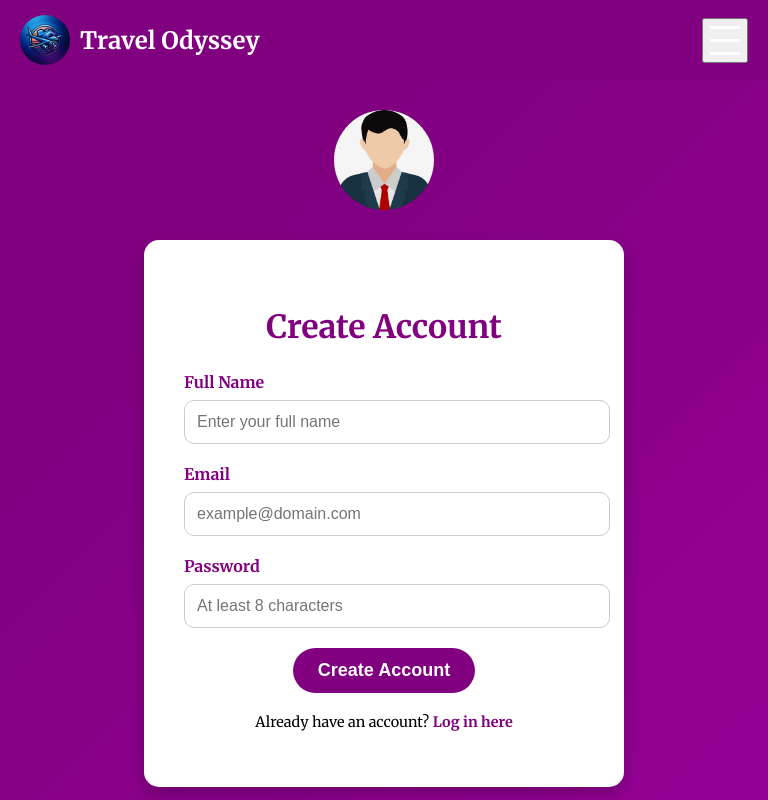
Repository: GHzPhoenix/Project-Odyssey
Page: Frontend/signup.html
An editor plug-in stored every save of this project. The page is shown before and after the next save, followed by the edit.
The browser window is 768 px wide. The pictures show the whole page.

Above is the page before, as saved 2025-06-06 17:20:14.

### Frontend/signup.html
<!DOCTYPE html>
<html lang="en">
  <head>
    <meta charset="UTF-8" />
    <meta name="viewport" content="width=device-width, initial-scale=1.0" />
    <title>Sign Up - Travel Odyssey</title>
    <link rel="stylesheet" href="/Frontend/css/login.css" />

    <link rel="preconnect" href="https://fonts.googleapis.com" />
    <link rel="preconnect" href="https://fonts.gstatic.com" crossorigin />
    <link
      href="https://fonts.googleapis.com/css2?family=Merriweather:wght@300;400;700&display=swap"
      rel="stylesheet"
    />
    <style>
      .alert-message {
        margin-top: 1rem;
        font-size: 0.9rem;
        transition: opacity 0.3s ease;
      }
      .alert-message.error {
        color: #b00020;
      }
      .alert-message.success {
        color: #0b6623;
      }
    </style>
  </head>

  <body>
    <header>
      <nav>
        <div class="logo">
          <img src="./assets/your-logo.png" alt="Logo" />
          Travel Odyssey
        </div>

        <button class="menu-toggle" onclick="toggleMenu()">
          <div></div>
          <div></div>
          <div></div>
        </button>

        <ul class="nav-menu">
          <li><a href="index.html">Home</a></li>
          <li><a href="city.html">Blog</a></li>
          <li class="dropdown-parent">
            <a href="#">Services ▼</a>
            <div class="dropdown">
              <a href="membership.html">Memberships</a>
              <a href="dream.html">Plan your Trip</a>
              <a href="client-area.html">Client Area</a>
            </div>
          </li>
          <li><a href="contact.html">Contact</a></li>
        </ul>
      </nav>
    </header>
    <img class="avatar" src="./assets/avatar.jpg" alt="avatar" />
    <main class="login-container">
      <div>
        <form class="login-form" id="signup-form">
          <h2 class="auth-title">Create Account</h2>

          <div class="input-group">
            <label for="name">Full Name</label>
            <input
              type="text"
              id="name"
              name="name"
              required
              minlength="2"
              placeholder="Enter your full name"
            />
          </div>

          <div class="input-group">
            <label for="email">Email</label>
            <input
              type="email"
              id="email"
              name="email"
              required
              autocomplete="email"
              placeholder="example@domain.com"
            />
          </div>

          <div class="input-group">
            <label for="password">Password</label>
            <input
              type="password"
              id="password"
              name="password"
              required
              minlength="8"
              autocomplete="new-password"
              placeholder="At least 8 characters"
            />
          </div>

          <button type="submit" class="btn-primary signup-button">
            Create Account
          </button>

          <p class="signup-text">
            Already have an account?
            <a href="client-area.html">Log in here</a>
          </p>

          <div id="signup-message" class="alert-message"></div>
        </form>
      </div>
    </main>

    <script>
      function toggleMenu() {
        document.querySelector("nav ul").classList.toggle("active");
      }

      document
        .getElementById("signup-form")
        .addEventListener("submit", async (e) => {
          e.preventDefault();

          const nameInput = document.getElementById("name");
          const emailInput = document.getElementById("email");
          const passwordInput = document.getElementById("password");
          const messageElement = document.getElementById("signup-message");

          messageElement.textContent = "";
          messageElement.classList.remove("error", "success");

          const name = nameInput.value.trim();
          const email = emailInput.value.trim();
          const password = passwordInput.value.trim();

          if (!name || !email || !password) {
            showMessage("All fields are required", "error");
            return;
          }

          if (password.length < 8) {
            showMessage("Password must be at least 8 characters", "error");
            return;
          }

          try {
            const controller = new AbortController();
            const timeoutId = setTimeout(() => controller.abort(), 10000);

            const response = await fetch("http://127.0.0.1:5001/api/register", {
              method: "POST",
              headers: {
                "Content-Type": "application/json",
              },
              body: JSON.stringify({ name, email, password }),
              signal: controller.signal,
            });

            clearTimeout(timeoutId);

            const data = await response.json();

            if (!response.ok) {
              throw new Error(
                data.error || `Registration failed (${response.status})`
              );
            }

            showMessage("Registration successful! Redirecting...", "success");
            setTimeout(() => {
              window.location.href = "client-area.html";
            }, 1500);
          } catch (error) {
            console.error("Registration error:", error);
            let message;
            if (error.name === "AbortError") {
              message = "Request timed out. Please try again.";
            } else {
              message =
                error.message || "Registration failed. Please try again.";
            }
            showMessage(message, "error");
          }
        });

      function showMessage(text, type = "info") {
        const messageElement = document.getElementById("signup-message");
        messageElement.textContent = text;
        messageElement.className = `alert-message ${type}`;

        if (type === "error") {
          setTimeout(() => {
            messageElement.textContent = "";
            messageElement.classList.remove("error");
          }, 5000);
        }
      }
    </script>
  </body>
</html>

### Frontend/css/login.css
body {
  margin: 0;
  padding: 0;
  font-family: "Merriweather", serif;
  background: linear-gradient(135deg, purple 30%, rgb(148, 0, 148) 100%);
  min-height: 100vh;
  display: flex;
  flex-direction: column;
  align-items: center;
}

header {
  width: 100%;
  background-color: purple;
  color: white;
}

nav {
  display: flex;
  justify-content: space-between;
  align-items: center;
  padding: 15px 20px;
}

.logo {
  display: flex;
  align-items: center;
  font-size: 24px;
  font-weight: bold;
}

.logo img {
  width: 50px;
  height: 50px;
  border-radius: 50%;
  margin-right: 10px;
}

nav ul {
  list-style: none;
  display: flex;
  gap: 15px;
  margin: 0;
  padding: 0;
}

nav ul li {
  position: relative;
}

nav ul li a {
  text-decoration: none;
  color: white;
  font-size: 16px;
  padding: 8px 15px;
  border-radius: 5px;
  transition: background 0.3s ease;
}

nav ul li a:hover {
  background-color: #cd75ce;
  color: yellow;
}

nav ul li .dropdown {
  display: none;
  position: absolute;
  background-color: white;
  top: 100%;
  left: 0;
  border-radius: 8px;
  box-shadow: 0 4px 8px rgba(0, 0, 0, 0.2);
  overflow: hidden;
  transition: 0.3s;
}

nav ul li:hover .dropdown {
  display: block;
}

nav ul li .dropdown a {
  color: #333;
  padding: 10px;
  display: block;
}

nav ul li .dropdown a:hover {
  background-color: #f4f4f4;
}

.menu-toggle {
  display: none;
  flex-direction: column;
  cursor: pointer;
}

.menu-toggle div {
  width: 30px;
  height: 3px;
  background-color: white;
  margin: 5px 0;
}

@media (max-width: 768px) {
  nav ul {
    display: none;
    flex-direction: column;
    background: purple;
    position: absolute;
    top: 70px;
    left: 0;
    width: 100%;
  }

  nav ul.active {
    display: flex;
  }

  .menu-toggle {
    display: flex;
  }
}

.avatar {
  width: 100px;
  height: 100px;
  border-radius: 50%;
  margin-top: 30px;
  object-fit: cover;
}

.login-container {
  background: white;
  padding: 40px;
  margin-top: 30px;
  border-radius: 15px;
  width: 100%;
  max-width: 400px;
  box-shadow: 0 8px 16px rgba(0, 0, 0, 0.2);
  text-align: center;
}

.login-form h2 {
  margin-bottom: 25px;
  font-size: 2rem;
  color: purple;
}

.input-group {
  text-align: left;
  margin-bottom: 20px;
}

.input-group label {
  display: block;
  margin-bottom: 8px;
  font-weight: bold;
  color: purple;
}

.input-group input {
  width: 100%;
  padding: 12px;
  border-radius: 10px;
  border: 1px solid #ccc;
  font-size: 16px;
}

button[type="submit"] {
  background: purple;
  color: white;
  border: none;
  padding: 12px 25px;
  border-radius: 30px;
  font-size: 18px;
  font-weight: bold;
  cursor: pointer;
  transition: background 0.3s;
}

button[type="submit"]:hover {
  background: rgb(148, 0, 148);
}

.signup-text {
  margin-top: 20px;
  font-size: 0.9rem;
}

.signup-text a {
  color: purple;
  font-weight: bold;
  text-decoration: none;
}

.signup-text a:hover {
  text-decoration: underline;
}

footer {
  margin-top: auto;
  padding: 20px;
  text-align: center;
  background: purple;
  color: white;
  font-size: 0.9rem;
}

@media (max-width: 480px) {
  .login-container {
    padding: 30px 20px;
    width: 90%;
  }
}

After the next save:
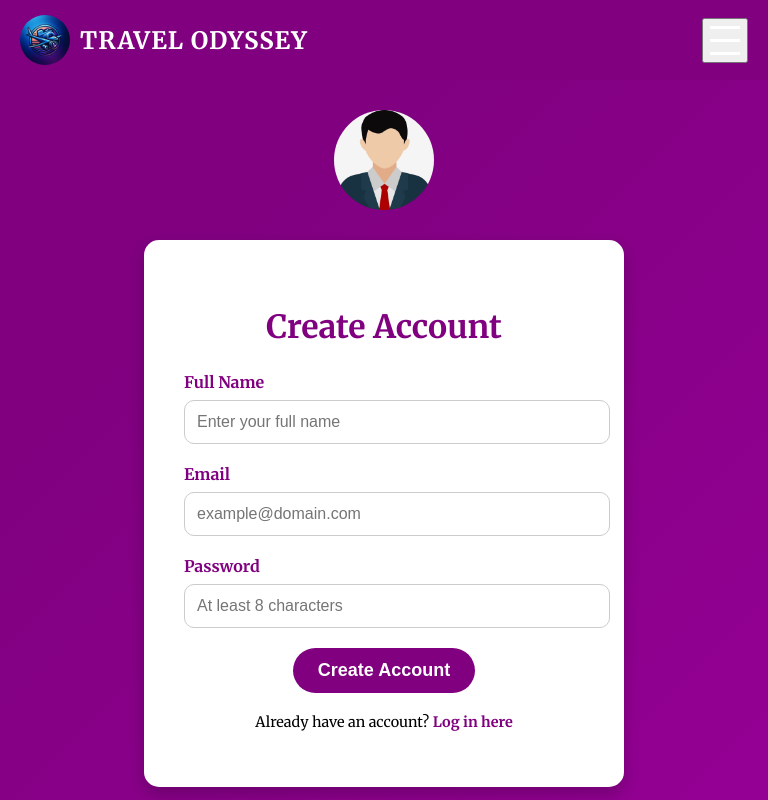
Saved 28 s later.
--- a/Frontend/css/login.css
+++ b/Frontend/css/login.css
@@ -16,10 +16,102 @@ header {
 }
 
 nav {
+  background-color: purple;
   display: flex;
   justify-content: space-between;
   align-items: center;
   padding: 15px 20px;
+  color: white;
+  position: relative;
+}
+
+nav .logo {
+  font-size: 24px;
+  font-weight: bold;
+  text-transform: uppercase;
+  letter-spacing: 1px;
+  display: flex;
+  align-items: center;
+}
+
+nav .logo img {
+  width: 50px;
+  height: 50px;
+  border-radius: 50%;
+  margin-right: 10px;
+}
+
+nav ul {
+  list-style: none;
+  display: flex;
+  gap: 15px;
+  margin: 0;
+  padding: 0;
+}
+
+nav ul li {
+  position: relative;
+}
+
+nav ul li a {
+  text-decoration: none;
+  color: white;
+  font-size: 16px;
+  padding: 10px 15px;
+  border-radius: 5px;
+  transition: background 0.3s ease-in-out;
+  display: block;
+}
+
+nav ul li a:hover {
+  background-color: #cd75ce;
+  color: yellow;
+}
+
+nav ul li .dropdown {
+  display: none;
+  position: absolute;
+  left: 0;
+  top: 100%;
+  background-color: white;
+  min-width: 180px;
+  border-radius: 5px;
+  box-shadow: 0px 4px 8px rgba(0, 0, 0, 0.2);
+  z-index: 1000;
+  opacity: 0;
+  transform: translateY(10px);
+  transition: opacity 0.3s, transform 0.3s ease-in-out;
+}
+
+nav ul li .dropdown a {
+  display: block;
+  padding: 12px;
+  color: #333;
+  transition: background 0.3s ease-in-out;
+  white-space: nowrap;
+}
+
+nav ul li .dropdown a:hover {
+  background-color: #f4f4f9;
+}
+
+nav ul li:hover .dropdown {
+  display: block;
+  opacity: 1;
+  transform: translateY(0);
+}
+
+.menu-toggle {
+  display: none;
+  flex-direction: column;
+  cursor: pointer;
+}
+
+.menu-toggle div {
+  width: 30px;
+  height: 3px;
+  background-color: white;
+  margin: 5px;
 }
 
 .logo {
@@ -34,58 +126,6 @@ nav {
   height: 50px;
   border-radius: 50%;
   margin-right: 10px;
-}
-
-nav ul {
-  list-style: none;
-  display: flex;
-  gap: 15px;
-  margin: 0;
-  padding: 0;
-}
-
-nav ul li {
-  position: relative;
-}
-
-nav ul li a {
-  text-decoration: none;
-  color: white;
-  font-size: 16px;
-  padding: 8px 15px;
-  border-radius: 5px;
-  transition: background 0.3s ease;
-}
-
-nav ul li a:hover {
-  background-color: #cd75ce;
-  color: yellow;
-}
-
-nav ul li .dropdown {
-  display: none;
-  position: absolute;
-  background-color: white;
-  top: 100%;
-  left: 0;
-  border-radius: 8px;
-  box-shadow: 0 4px 8px rgba(0, 0, 0, 0.2);
-  overflow: hidden;
-  transition: 0.3s;
-}
-
-nav ul li:hover .dropdown {
-  display: block;
-}
-
-nav ul li .dropdown a {
-  color: #333;
-  padding: 10px;
-  display: block;
-}
-
-nav ul li .dropdown a:hover {
-  background-color: #f4f4f4;
 }
 
 .menu-toggle {
@@ -110,6 +150,7 @@ nav ul li .dropdown a:hover {
     top: 70px;
     left: 0;
     width: 100%;
+    box-shadow: none;
   }
 
   nav ul.active {
